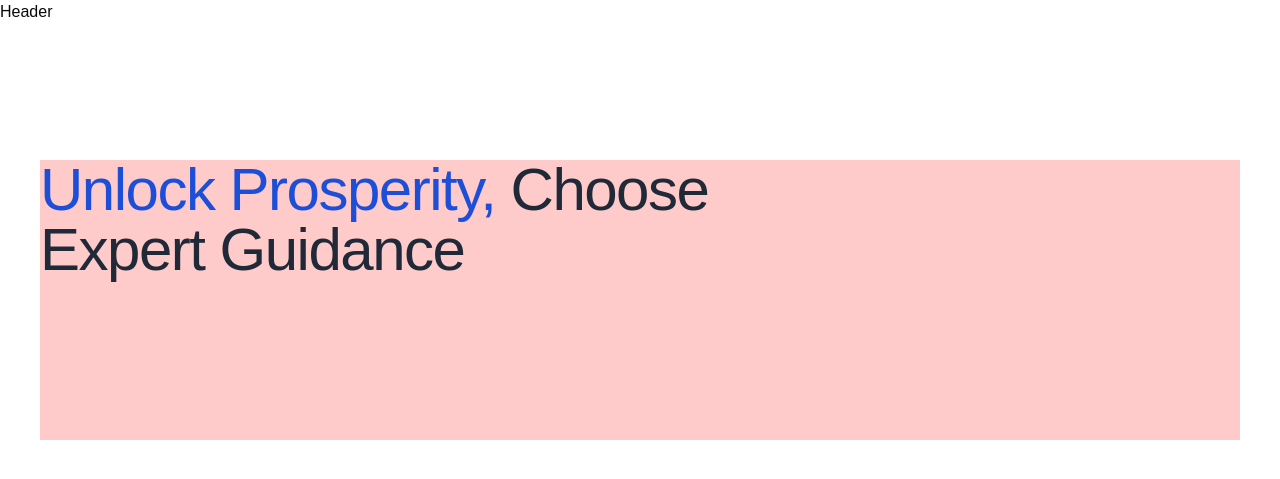
Repository: vespersolutionspk18/integrast-website
Page: /
These files come from the project's save history. The page is drawn as it stood at one moment and after the next save; the edit follows.
The browser window is 1280 px wide. The pictures show the whole page.
The project was rebuilt for these pictures with package versions that can differ from the ones it lists, and the page was loaded fresh each time. The framework's server and built-in components were replaced by stand-ins that run in the browser. Also part of the build but not shown: next.config.ts.

Above is the page before, as saved 2024-12-09 14:44:04.

After the next save:
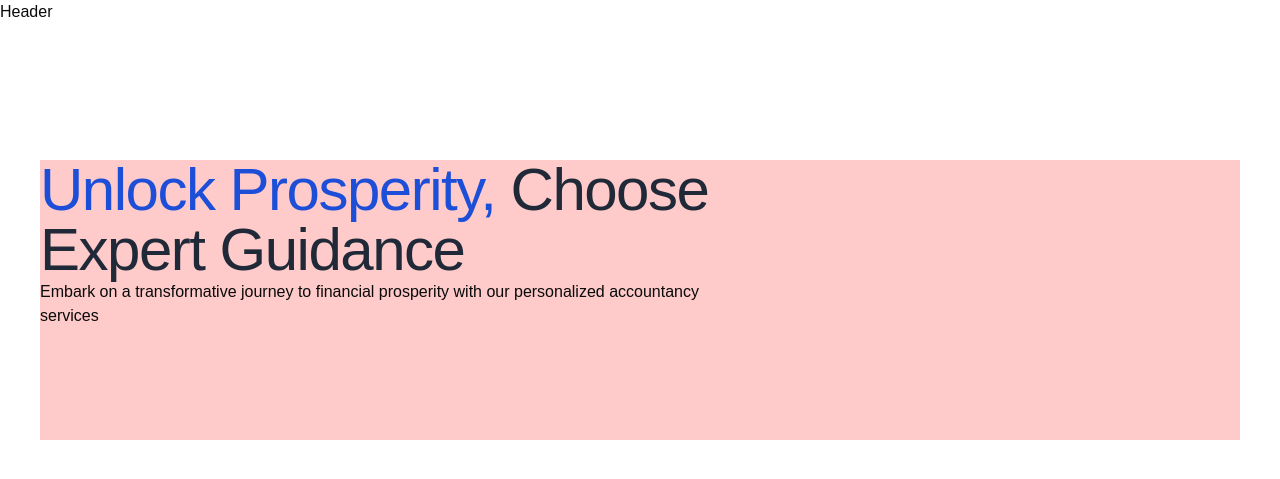
Saved 42 s later.
--- a/app/Hero.tsx
+++ b/app/Hero.tsx
@@ -6,6 +6,7 @@ const Hero = () => {
         <div className="flex flex-row mt-24 h-[280px] bg-red-200">
             <div className="w-[60%] flex flex-col">
                 <h1 className="font-light text-6xl text-blue-700 tracking-tight">Unlock Prosperity, <span className="text-gray-800">Choose Expert Guidance</span></h1>
+                <h4>Embark on a transformative journey to financial prosperity with our personalized accountancy services</h4>
             </div>
         </div>
     </div>
